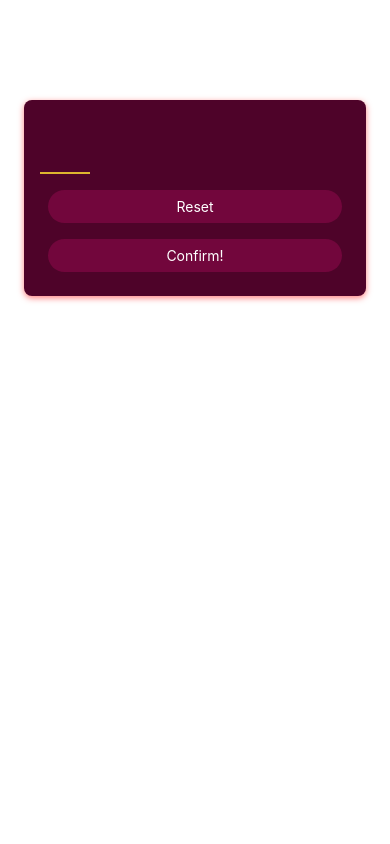
Repository: SyLe-Van/Number-Guessing-Game
Screen: /
The author's editor kept a copy of each file at every save. The screen is drawn from the files as they stood at one save, then again after the next save.
The app was drawn by React Native's web renderer in a window 390 px wide. The project was rebuilt for these pictures with package versions that can differ from the ones it lists, and the page was loaded fresh each time.

Above is the screen before, as saved 2024-02-02 09:25:13.

After the next save:
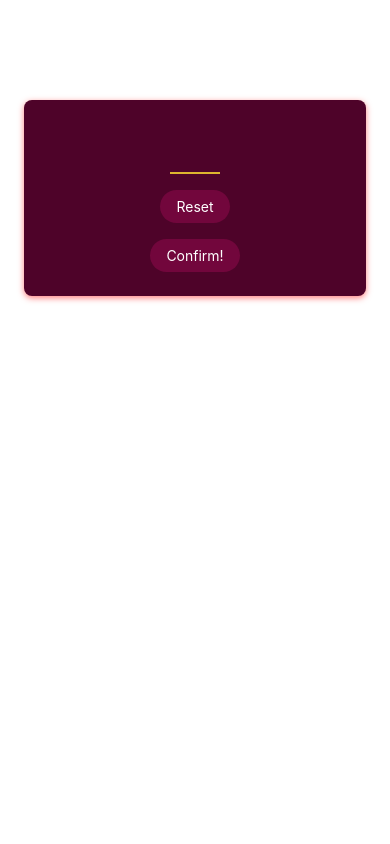
Saved 16 s later.
--- a/screens/StartGameScreen.js
+++ b/screens/StartGameScreen.js
@@ -18,7 +18,7 @@ function StartGameScreen() {
 const styles = StyleSheet.create({
   inputContainer: {
     justifyContent: "center",
-    textAlign: "center",
+    alignItems: "center",
     padding: 16,
     marginTop: 100,
     marginHorizontal: 24,
